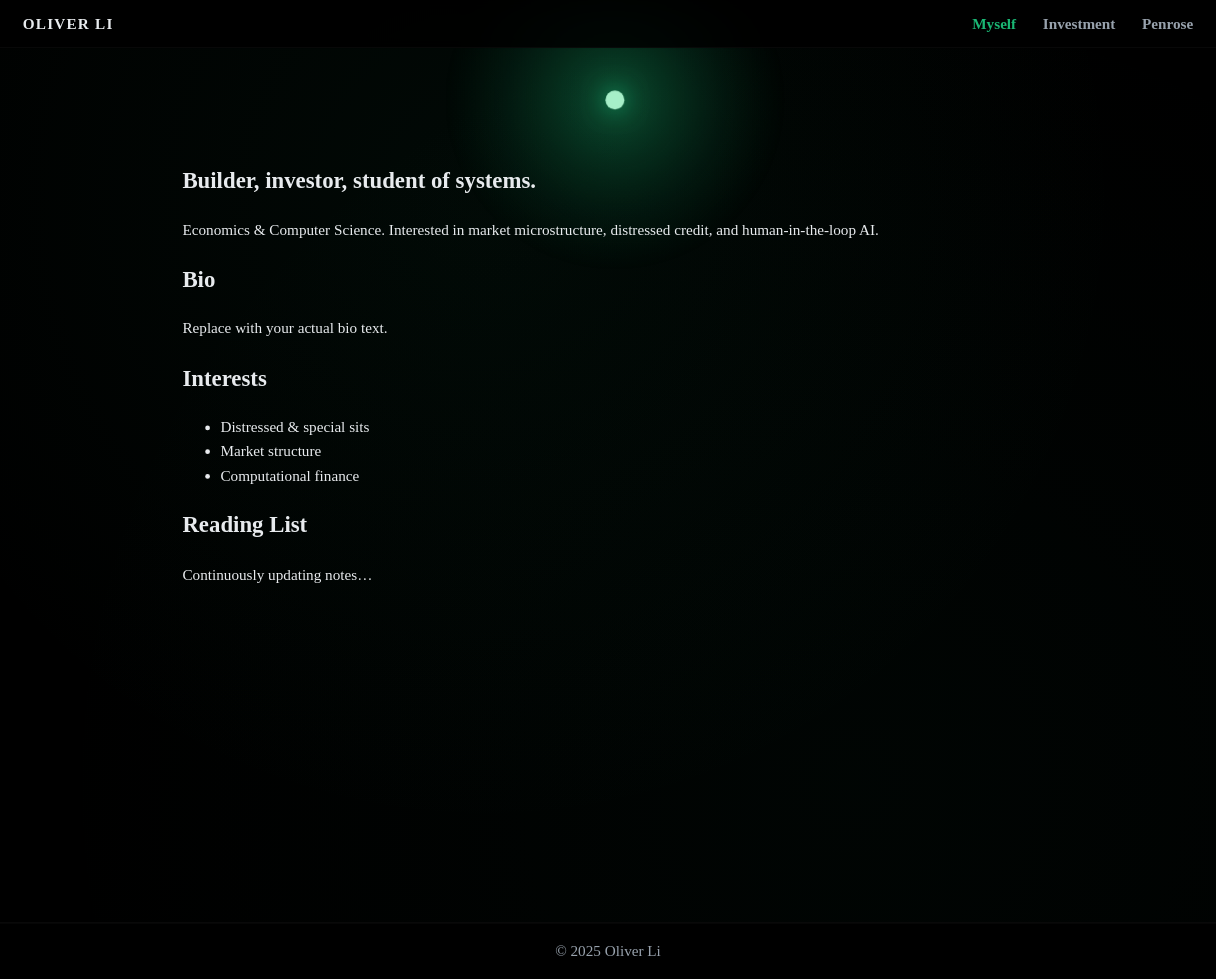
Repository: oliverli1728/portfolio
Page: index.html
An editor plug-in stored every save of this project. The page is shown before and after the next save, followed by the edit.
The browser window is 1280 px wide. The pictures show the whole page, at 95% of full size.
Some web fonts or font styles are not loaded; a fallback is used.

Above is the page before, as saved 2025-09-25 22:48:38.

After the next save:
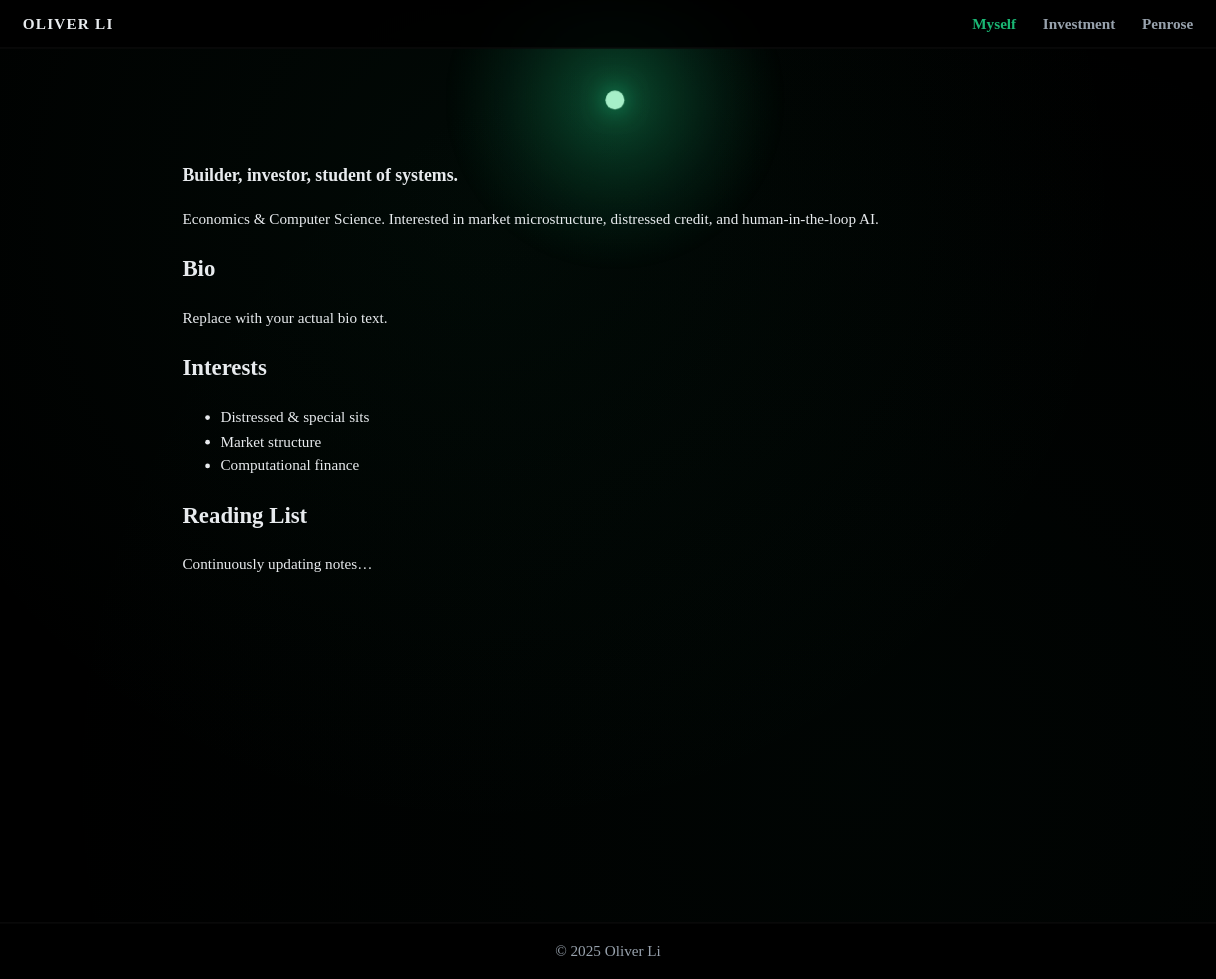
Saved 2 min 52 s later.
--- a/index.html
+++ b/index.html
@@ -26,18 +26,29 @@
   <main>
     <!-- Myself page -->
     <section id="myself" class="tab-content active">
-      <h1 data-fade>Builder, investor, student of systems.</h1>
-      <p data-fade>Economics & Computer Science. Interested in market microstructure, distressed credit, and human-in-the-loop AI.</p>
-      <h2 data-fade>Bio</h2>
-      <p data-fade>Replace with your actual bio text.</p>
-      <h2 data-fade>Interests</h2>
-      <ul data-fade>
+    <section class="myself-block" data-fade>
+        <h1>Builder, investor, student of systems.</h1>
+        <p>Economics & Computer Science. Interested in market microstructure, distressed credit, and human-in-the-loop AI.</p>
+    </section>
+
+    <section class="myself-block" data-fade>
+        <h2>Bio</h2>
+        <p>Replace with your actual bio text.</p>
+    </section>
+
+    <section class="myself-block" data-fade>
+        <h2>Interests</h2>
+        <ul>
         <li>Distressed & special sits</li>
         <li>Market structure</li>
         <li>Computational finance</li>
-      </ul>
-      <h2 data-fade>Reading List</h2>
-      <p data-fade>Continuously updating notes…</p>
+        </ul>
+    </section>
+
+    <section class="myself-block" data-fade>
+        <h2>Reading List</h2>
+        <p>Continuously updating notes…</p>
+    </section>
     </section>
 
     <!-- Investment page -->
